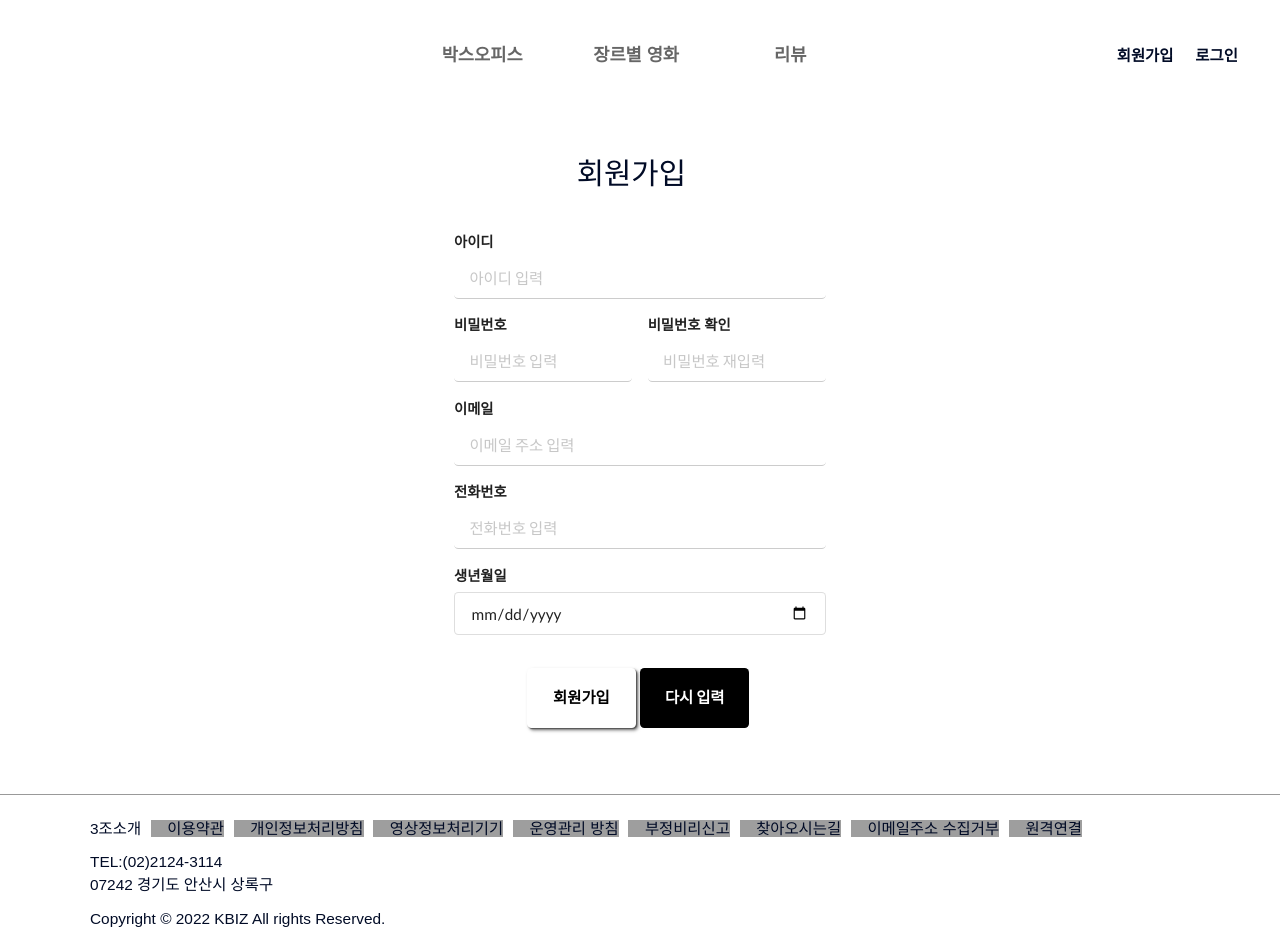
Repository: Minjeong204/project_Movie
Page: http://localhost/Movie/view/register.jsp
These files come from the project's save history. The page is drawn as it stood at one moment and after the next save; the edit follows.
The browser window is 1280 px wide. The pictures show the whole page.
Pictures or frames that could not be fetched are drawn as grey boxes. Some web libraries are served in a nearby version. The page is served by Tomcat 9. Nobody is signed in. The application's start-up code is not run. Other server files are loaded and not shown. The template is opened directly, without the code that normally fills it, so the values that code supplies are empty.

Above is the page before, as saved 2022-12-29 06:53:53.

### JSP-Project/Movie/WebContent/view/register.jsp
<%@ page language="java" contentType="text/html; charset=UTF-8"
	pageEncoding="UTF-8"%>
<link rel="stylesheet" href="/lib/style.css">
<%@ include file="../header.jsp"%>

<%
if (request.getAttribute("error") != null) {
	out.print("<script>swal('오류', '" + request.getAttribute("error") + "', 'error');</script>");
}

if (request.getAttribute("regID") != null) {
	out.print("<script>swal('회원가입 환영', '" + request.getAttribute("regID")
	+ "님의 가입을 환영합니다.', 'success').then((val) => {location.href = '/';});</script>");
}
%>

<div class="ui container">
	<h2 class="join_title">회원가입</h2>
	<form class="ui form" id="reg_box"  action="/registerController.do" method="POST">

		<div class="field">
			<label>아이디</label> <input type="text" name="userId" id="userId"
				placeholder="아이디 입력">
		</div>

		<div class="two fields">
			<div class="field">
				<label>비밀번호</label> <input type="password" name="userPW" id="userPW"
					placeholder="비밀번호 입력">
			</div>

			<div class="field">
				<label>비밀번호 확인</label> <input type="password" name="userRePW"
					id="userRePW" placeholder="비밀번호 재입력">
			</div>
		</div>

		<div class="field">
			<label>이메일</label> <input type="email" name="userEmail"
				id="userEmail" placeholder="이메일 주소 입력">
		</div>

		<div class="field">
			<label>전화번호</label> <input type="text" name="userPhone"
				id="userPhone" placeholder="전화번호 입력">
		</div>

		<div class="field">
			<label>생년월일</label> <input type="date" name="userBirth"
				id="userBirth">
		</div>

		<div class="field" id="reg_btn"
			style="display: flex; justify-content: flex-end; margin-top: 30px;">
			<button type="button" class="joinbtn2 ui primary button right"
				id="registerBtn">회원가입</button>
			<button type="reset" class="joinbtn1 ui red button right">다시 입력</button>
			<input type="submit" id="registerSubmit" style="display: none;">
		</div>
	</form>
</div>

<script>
	registerBtn.addEventListener("click", () => {
		if(userId.value.trim() == "") {
			userId.parentElement.classList.add("error");
		}else {
			userId.parentElement.classList.remove("error");
		}

		if(userEmail.value.trim() == "") {
			userEmail.parentElement.classList.add("error");
		}else {
			userEmail.parentElement.classList.remove("error");
		}

		if(userPhone.value.trim() == "") {
			userPhone.parentElement.classList.add("error");
		}else {
			userPhone.parentElement.classList.remove("error");
		}

		if(userBirth.value.trim() == "") {
			userBirth.parentElement.classList.add("error");
		}else {
			userBirth.parentElement.classList.remove("error");
		}

		if(userPW.value.trim() == "") {
			userPW.parentElement.classList.add("error");
		}else {
			userPW.parentElement.classList.remove("error");
		}

		if(userRePW.value.trim() == "") {
			userRePW.parentElement.classList.add("error");
		}else {
			userRePW.parentElement.classList.remove("error");
		}

		if(userId.value.trim() == "" || userPW.value.trim() == "" || userRePW.value.trim() == "" || userEmail.value.trim() == "" || userPhone.value.trim() == "" || userBirth.value.trim() == "") {
			swal("오류", "누락된 항목이 있습니다.", "error");
			return;
		}

		if(userPW.value.trim() !== userRePW.value.trim()) {
			userPW.parentElement.classList.add("error");
			userRePW.parentElement.classList.add("error");
			swal("오류", "비밀번호가 서로 다릅니다.", "error");

			return;
		}else {
			userPW.parentElement.classList.remove("error");
			userRePW.parentElement.classList.remove("error");
			registerSubmit.click();
		}
	});
</script>

<%@ include file="../footer.jsp"%>

### JSP-Project/Movie/WebContent/header.jsp
<%@ page import="vo.MemberVO"%>
<%@ page language="java" contentType="text/html; charset=UTF-8"
	pageEncoding="UTF-8"%>
<%@ taglib prefix="c" uri="http://java.sun.com/jsp/jstl/core"%>
<%@ taglib prefix="fmt" uri="http://java.sun.com/jsp/jstl/fmt"%>

<!DOCTYPE html>
<html>
	<head>
	<meta charset="UTF-8">
	<title>영화 예매</title>
	<link rel="stylesheet" href="/lib/style.css?after">
	<link rel="stylesheet" type="text/css" href="/lib/semantic.min.css">

	<script src="https://code.jquery.com/jquery-3.1.1.min.js"
		integrity="sha256-hVVnYaiADRTO2PzUGmuLJr8BLUSjGIZsDYGmIJLv2b8="
		crossorigin="anonymous"></script>
	<!-- <script src="/lib/semantic.min.js"></script> -->
	<script src="https://unpkg.com/sweetalert/dist/sweetalert.min.js"></script>
	</head>
<%
	MemberVO user = (MemberVO) session.getAttribute("user");
	int userStatus = 0;

	if (user != null) {
		if (user.getId() != null) {
			userStatus = 1;
		}
	}
%>


	<body>
		<div class="ui container">
			<header>
				<nav id="main_navi">
					<ul id="menu">
						<li data-n="1"><a href="/">박스오피스</a></li>
						<!-- 이용안내-->
						<li data-n="2"><a class="click_movie" href="#">장르별 영화</a>
							<ul class="sub">
								<li><a class="genre1" href="/movieList.do?cat_no=1">액션</a></li>
								<li><a class="genre2" href="/movieList.do?cat_no=2">로맨스</a></li>
								<li><a class="genre3" href="/movieList.do?cat_no=3">코미디</a></li>
								<li><a class="genre4" href="/movieList.do?cat_no=4">스릴러</a></li>
								<li><a class="genre5" href="/movieList.do?cat_no=5">애니메이션</a></li>
							</ul></li>
						<!-- 전시-->
						<li data-n="3"><a href="/review.do">리뷰</a> <!-- 프로그램--> <!-- 나만의 페이지-->
					</ul>
					<!--menu-->
				</nav>

				<%
				if (userStatus == 1) {
					if (user.getId().equals("admin")) {
				%>

				<div class="right item">
					<p style="margin: 0 15px;"><%=user.getId()%>님
					</p>
					<div class="ui primary button"
						onclick="location.href = '/view/register.jsp';">영화 추가</div>
				</div>

				<div class="item">
					<div class="ui button"
						onclick="location.href = '/view/myTickets.jsp';">전체 예메목록</div>
				</div>

				<div class="item">
					<div class="ui button"
						onclick="swal('Success', '로그아웃 성공', 'success').then((val) => {location.href = '/view/logout.jsp';});">로그아웃</div>
				</div>
				<%
				} else {
				%>

				<div class="right item">
					<p class="user_id"><%=user.getId()%>님</p>


				<div class="item">
					<div class="logout ui button"
						onclick="swal('Success', '로그아웃 성공', 'success').then((val) => {location.href = '/view/logout.jsp';});">로그아웃</div>
				</div>

				<%
				}
				} else {
				%>
				<ul class="quick">
					<li onclick="location.href = '/view/register.jsp';">회원가입</li>
					<li onclick="location.href = '/view/login.jsp';">로그인</li>
				</ul>
				<%
				}
				%>
		</div>
		</header>
		</div>
		<script type="text/javascript">
		$(document).ready(function () {
			  //태그 추가
			  $("#main_navi").before("<div class='bg'></div>");
			  $(".bg,.sub").hide();
			  $("#menu")
			    .mouseenter(function() {
			      $(".bg").stop().slideDown("fast");
			      $(".sub").stop().show();
			    })
			    .mouseleave(function() {
			      $(".bg").stop().slideUp("fast");
			      $(".sub").stop().hide();
			    });
			  $(".bg")
			    .mouseover(function() {
			      $(this).stop().show();
			      $(".sub").stop().show();
			    })
			    .mouseout(function() {
			      $(this).stop().slideUp();
			      $(".sub").stop().slideUp();
			    });

			  $(".click_movie").click(function() {
				  $(".bg").stop().slideDown("fast");
			      $(".sub").stop().show();
			  }).dblclick(function() {
				  $(".bg").stop().slideUp("fast");
			      $(".sub").stop().hide();
			  });
			});
		</script>
	</body>
</html>

### JSP-Project/Movie/WebContent/footer.jsp
<%@ page language="java" contentType="text/html; charset=UTF-8"
    pageEncoding="UTF-8"%>
<link rel="stylesheet" href="/lib/style.css">
<div id="bottom_wrap">
    <footer id="bottom">
      <ul>
        <li><a href="#">3조소개</a></li>
        <li><a href="#">이용약관</a></li>
        <li><a href="#">개인정보처리방침</a></li>
        <li><a href="#">영상정보처리기기</a></li>
        <li><a href="#">운영관리 방침</a></li>
        <li><a href="#">부정비리신고</a></li>
        <li><a href="#">찾아오시는길</a></li>
        <li><a href="#">이메일주소 수집거부</a></li>
        <li><a href="#">원격연결</a></li>
      </ul>
      <address class="add">
        TEL:(02)2124-3114<br />
        <span class="add_sub">07242 경기도 안산시 상록구</span>
      </address>
      <p>Copyright &copy; 2022 KBIZ All rights Reserved.</p>
    </footer>
  </div>
</body>
</html>

Loaded but not shown: JSP-Project/Movie/WebContent/lib/style.css (library); JSP-Project/Movie/WebContent/lib/semantic.min.css (library)

After the next save:
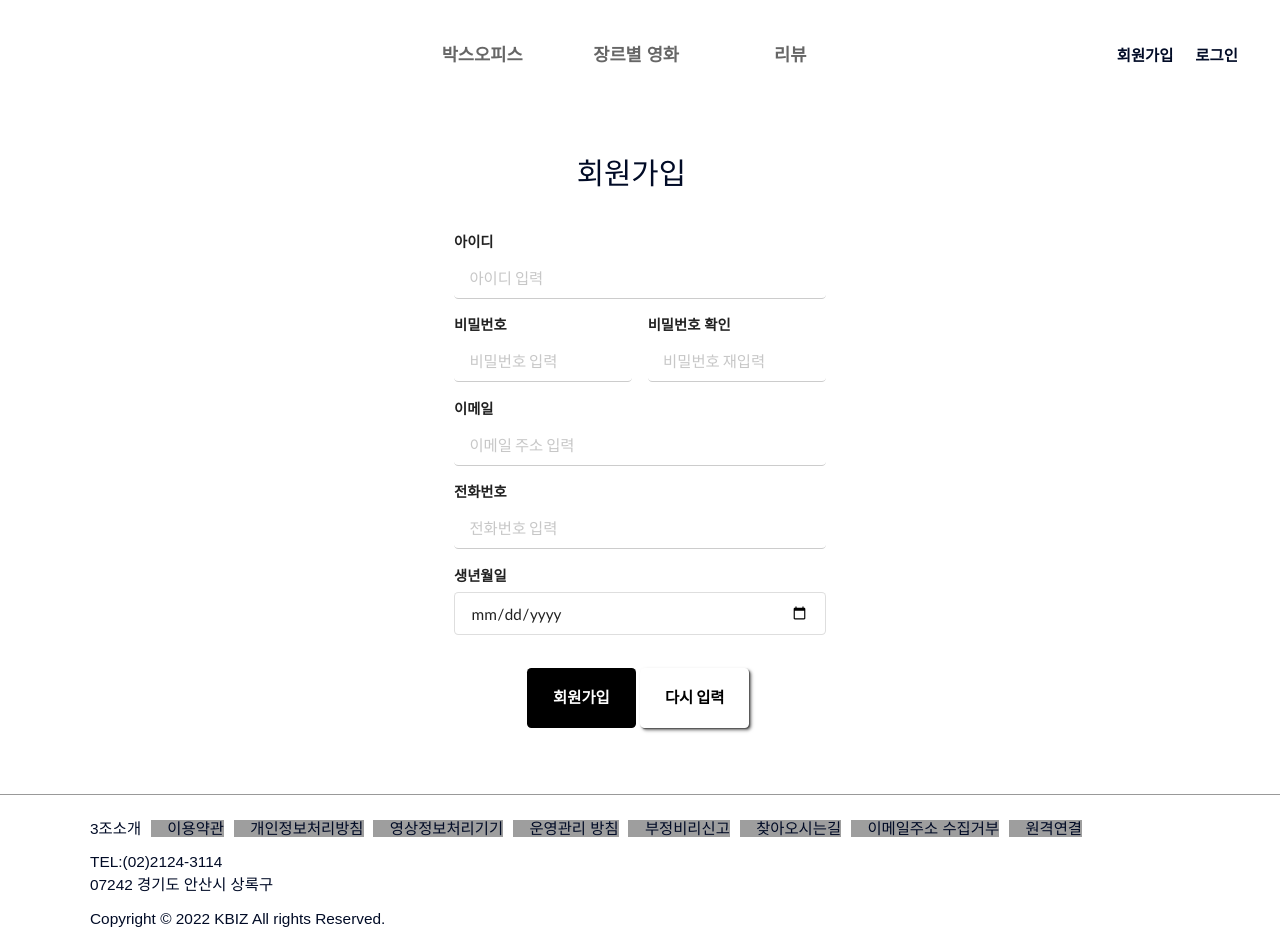
Saved 16 s later.
--- a/JSP-Project/Movie/WebContent/view/register.jsp
+++ b/JSP-Project/Movie/WebContent/view/register.jsp
@@ -52,9 +52,9 @@ if (request.getAttribute("regID") != null) {
 
 		<div class="field" id="reg_btn"
 			style="display: flex; justify-content: flex-end; margin-top: 30px;">
-			<button type="button" class="joinbtn2 ui primary button right"
+			<button type="button" class="joinbtn1 ui primary button right"
 				id="registerBtn">회원가입</button>
-			<button type="reset" class="joinbtn1 ui red button right">다시 입력</button>
+			<button type="reset" class="joinbtn2 ui red button right">다시 입력</button>
 			<input type="submit" id="registerSubmit" style="display: none;">
 		</div>
 	</form>
